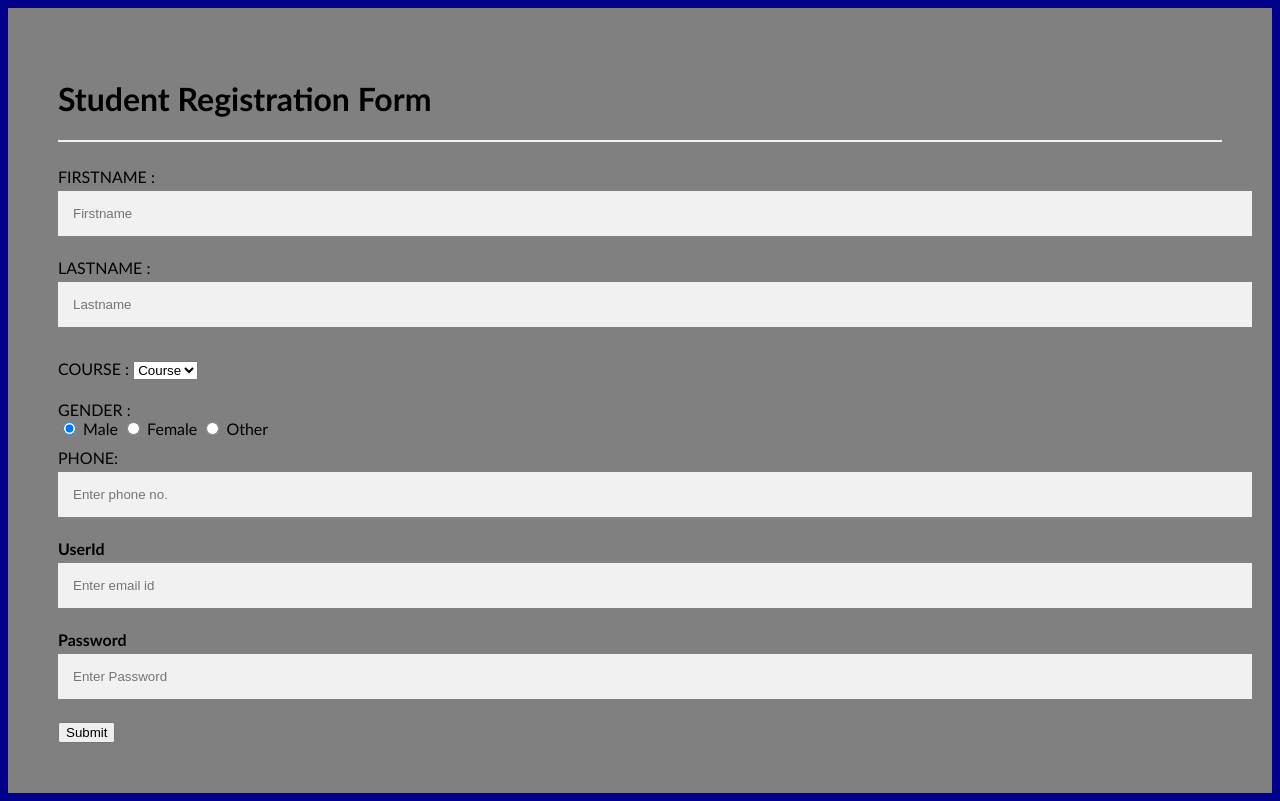
Repository: MriOj/OnlineExamPortal
Page: http://localhost/ExamPortal/sregister.jsp
An editor plug-in stored every save of this project. The page is shown before and after the next save, followed by the edit.
The browser window is 1280 px wide. The pictures show the whole page.
The page is served by Tomcat 9. Other server files are loaded and not shown.

Above is the page before, as saved 2021-09-06 11:08:09.

### ExamPortal/src/main/webapp/sregister.jsp
<%@ page language="java" contentType="text/html; charset=ISO-8859-1"
    pageEncoding="ISO-8859-1"%>
<!DOCTYPE html>
<html>
<head>
<meta charset="ISO-8859-1">
<title>Insert title here</title>
<link rel="stylesheet" href="css/sregister.css">
</head>
<body>
<form action="/sregisterconf" method="post" >
    <div class="container">
      <h1> Student Registration Form</h1>
      <hr>
      <label> FIRSTNAME : </label>
        <input type="text" name="firstname" placeholder= "Firstname" required />

      <label> LASTNAME : </label>
      <input type="text" name="lastname" placeholder="Lastname" required />
    <div>
    <label>COURSE :</label>

    <select name="course">
        <option value="course" >Course</option>
        <option value="BCA" >BCA</option>
        <option value="B.Tech" >B.Tech</option>
        <option value="MBA" >MBA</option>
        <option value="M.Tech" >M.Tech</option>
    </select>
    </div>
    <div>
    <label>
    GENDER :
    </label><br>
    <input type="radio" value="Male" name="gender" checked > Male
    <input type="radio" value="Female" name="gender"> Female
    <input type="radio" value="Other" name="gender"> Other

    </div>
    <label>
    PHONE:
    </label>
    <input type="text" name="phone" placeholder="Enter phone no." size="10" required>

    <label for="emailid"><b>UserId</b></label>
    <input type="text" placeholder="Enter email id" name="emailid" required>

    <label for="psw"><b>Password</b></label>
    <input type="password" placeholder="Enter Password" name="password" required>

    <input type="submit" value="Submit" onClick="registered()">
     </div>
</form>
</body>
</html>

### ExamPortal/src/main/webapp/css/sregister.css
body{
  font-family: Calibri, Helvetica, sans-serif;
  background-color: darkblue;
}
.container {
    padding: 50px;
  background-color:grey;
}

input[type=number], input[type=text],input[type=password] {
  width: 100%;
  padding: 15px;
  margin: 5px 0 22px 0;
  display: inline-block;
  border: none;
  background: #f1f1f1;
}
 div {
            padding: 10px 0;
         }
hr {
  border: 1px solid #f1f1f1;
  margin-bottom: 25px;
}

After the next save:
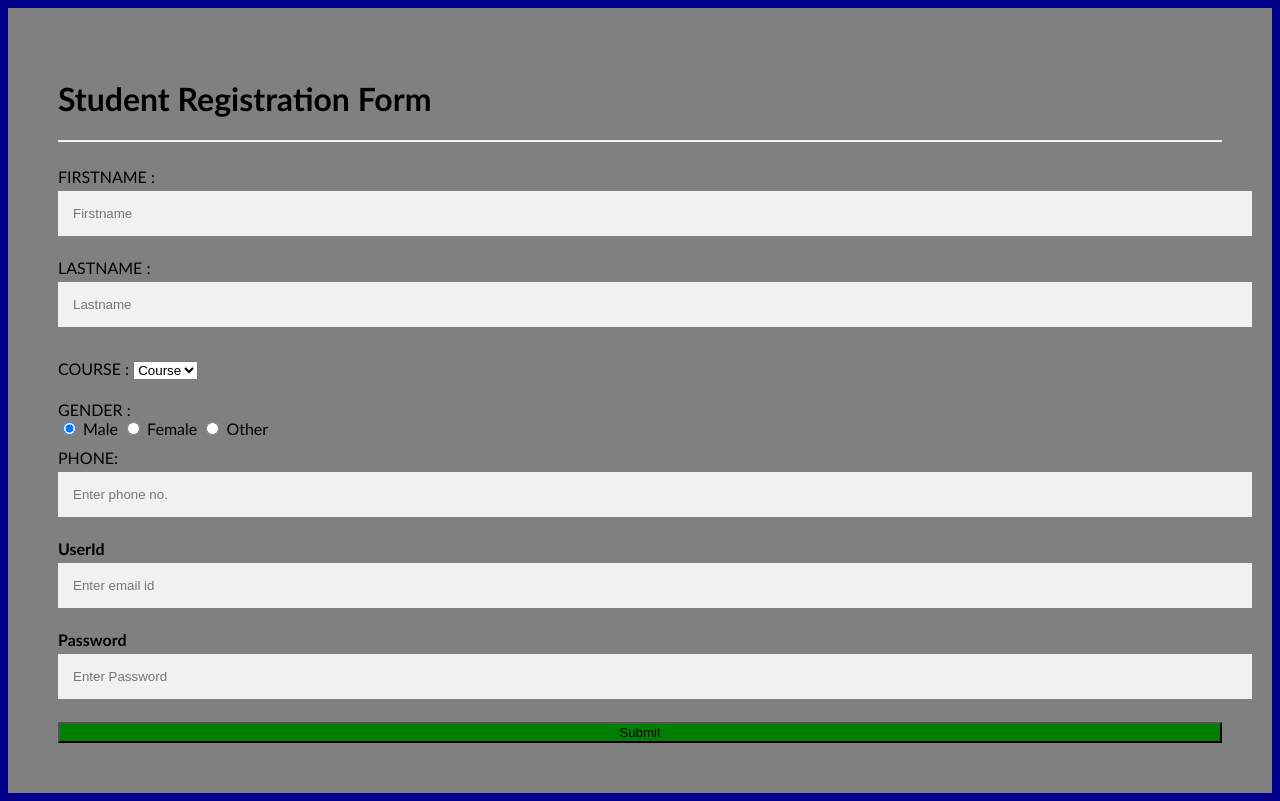
Saved 50 s later.
--- a/ExamPortal/src/main/webapp/css/sregister.css
+++ b/ExamPortal/src/main/webapp/css/sregister.css
@@ -22,3 +22,7 @@ hr {
   border: 1px solid #f1f1f1;
   margin-bottom: 25px;
 }
+input[type=submit]{
+	 background: green;
+	 width:100%;
+}
